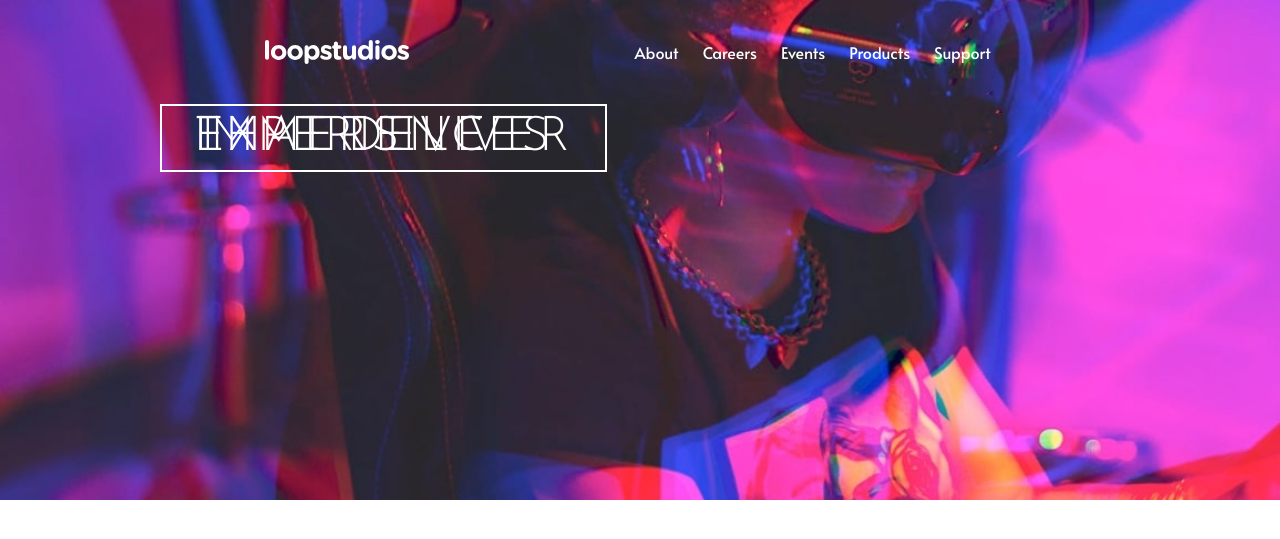
Repository: gligor99/loopstudios-fm
Page: /
The author's editor kept a copy of each file at every save. The page is drawn from the files as they stood at one save, then again after a run of saves.
The browser window is 1280 px wide. The pictures show the whole page.
The project was rebuilt for these pictures with package versions that can differ from the ones it lists, and the page was loaded fresh each time.

Above is the page before, as saved 2021-11-28 15:22:16.

After the next 2 saves:
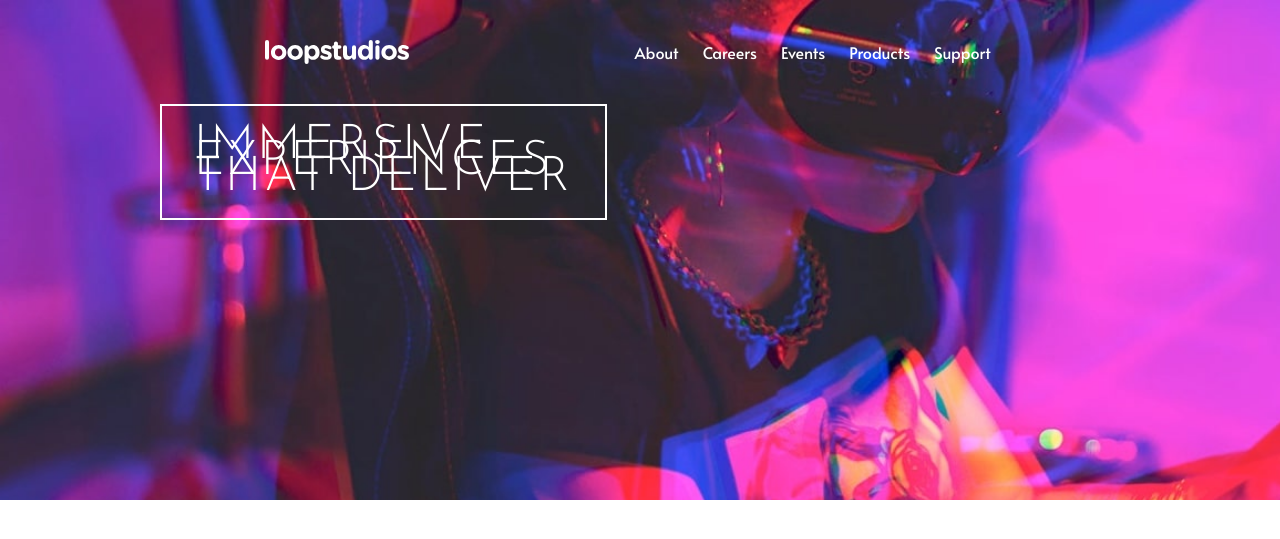
The 2 saves are shown as one change because they came seconds apart.
The last was saved 8 s later.
--- a/src/components/Hero/hero.css
+++ b/src/components/Hero/hero.css
@@ -19,6 +19,6 @@
     font-size: 3rem;
     font-weight: 100;
     letter-spacing: 0.2rem;
-    line-height: 0pt;
+    line-height: 1rem;
     color: white;
 }
